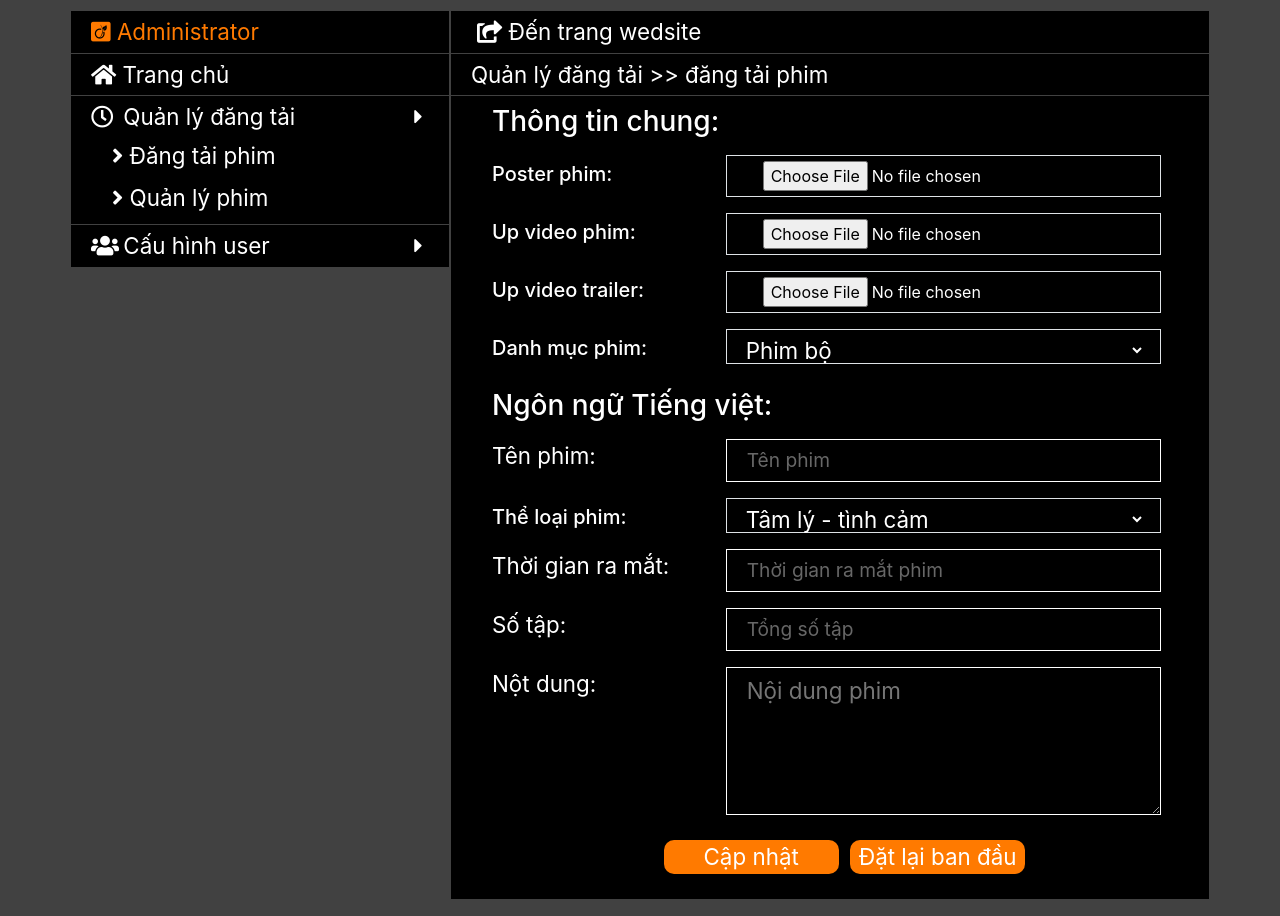
Repository: SonNguyen892002/Lau-Dai-Code
Page: http://localhost/wed-jdbc-1-2023/views/admin/dangtaiphim.jsp
An editor plug-in stored every save of this project. The page is shown before and after the next save, followed by the edit.
The browser window is 1280 px wide. The pictures show the whole page.
The page is served by Tomcat 9. Nobody is signed in. The application's start-up code is not run.

Above is the page before, as saved 2022-01-15 11:08:38.

After the next save:
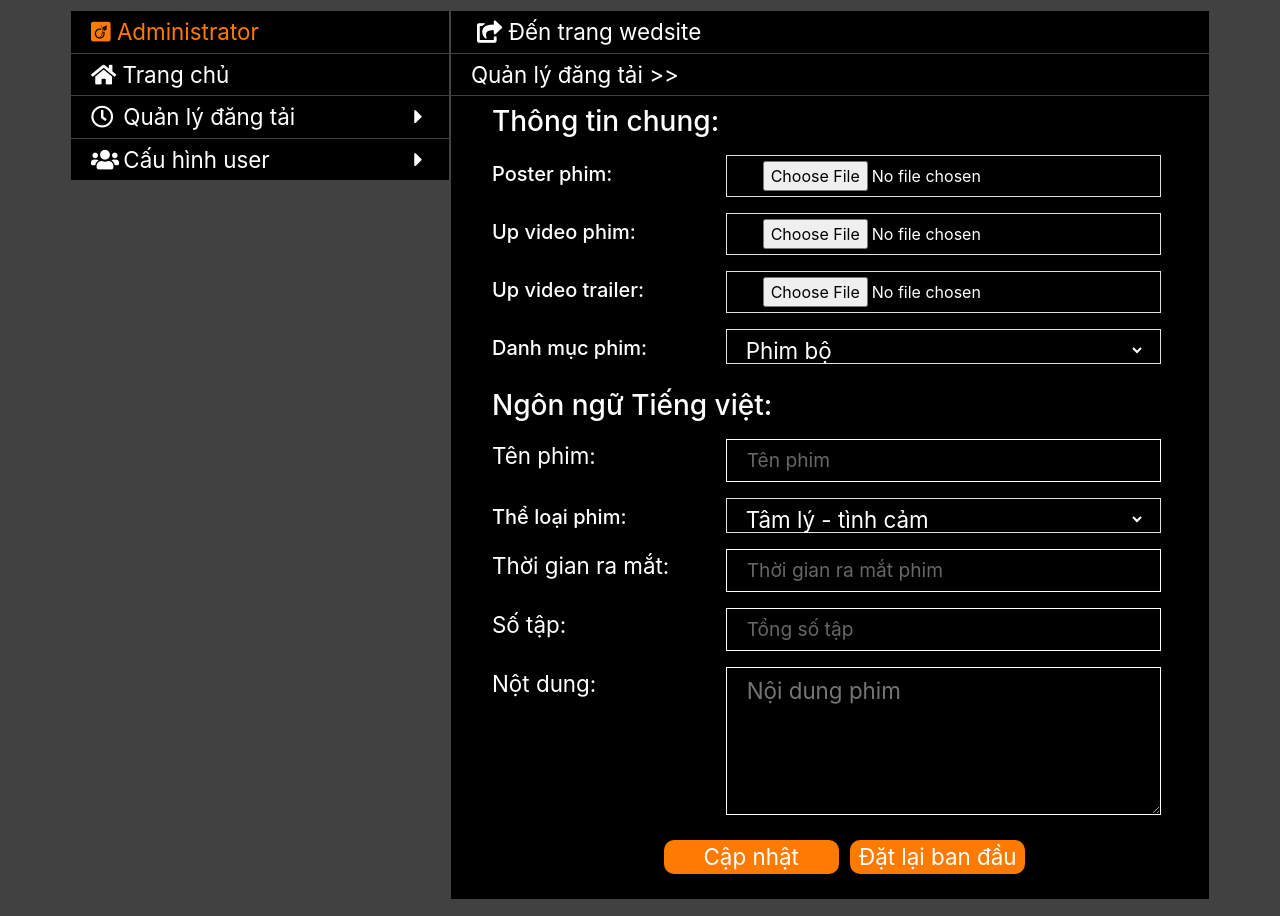
Console error: TypeError: Cannot read properties of null (reading 'classList')
Saved 23 s later.
--- a/workspace/wed-jdbc-1-2023/src/main/webapp/views/admin/dangtaiphim.jsp
+++ b/workspace/wed-jdbc-1-2023/src/main/webapp/views/admin/dangtaiphim.jsp
@@ -131,10 +131,9 @@
 
 <script>
 	const btnA = document.querySelector('.t');
-	const btnB = document.querySelector('#menu1 .k');
+	document.querySelector('#menu .k').classList.add('active');
 	document.querySelector('#menu').classList.remove('off');
 
-	btnB.classList.add('active');
 	btnA.innerHTML = "Quản lý đăng tải >> đăng tải phim";
 </script>
 

After the save that followed:
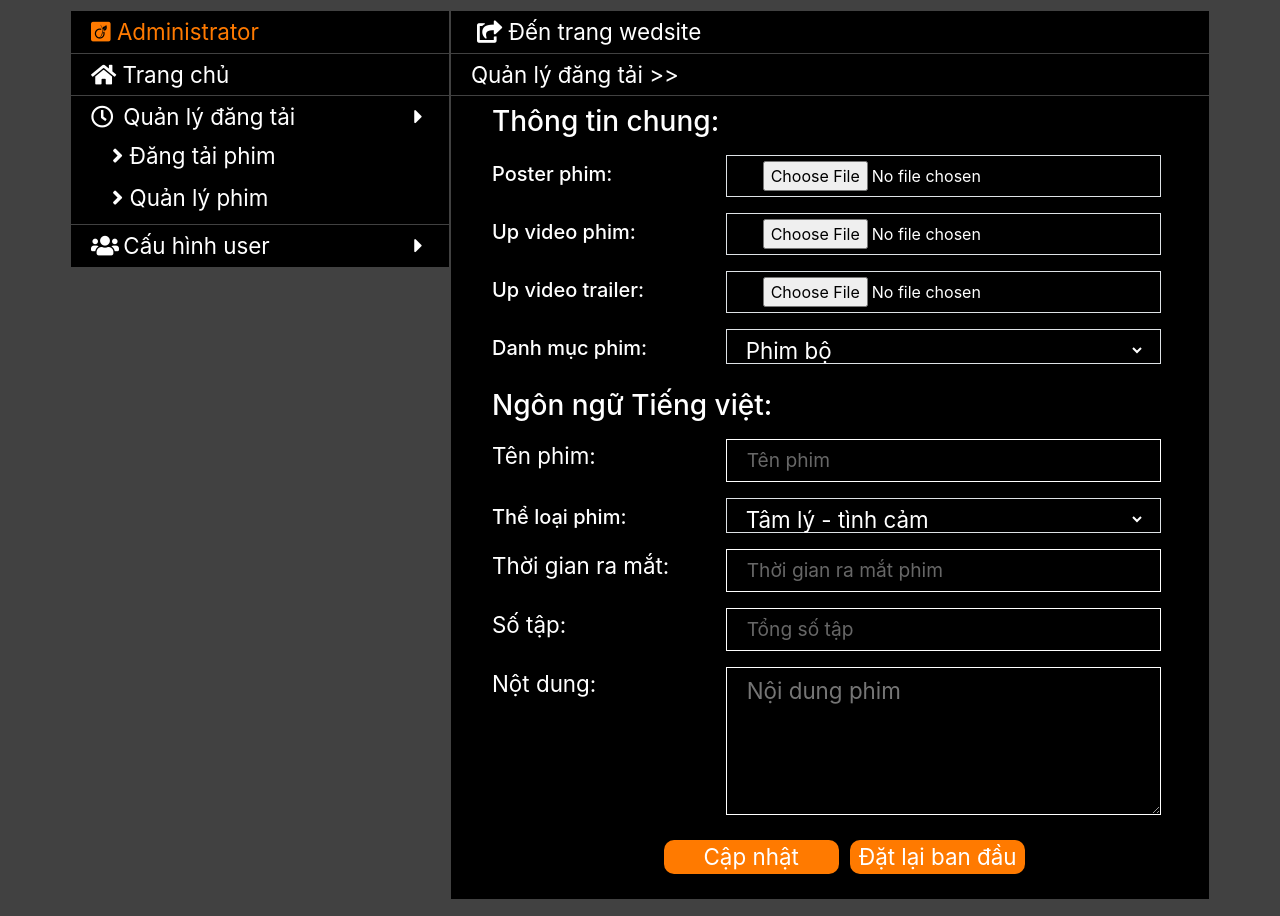
Saved 115 s later.
--- a/workspace/wed-jdbc-1-2023/src/main/webapp/views/admin/dangtaiphim.jsp
+++ b/workspace/wed-jdbc-1-2023/src/main/webapp/views/admin/dangtaiphim.jsp
@@ -131,8 +131,8 @@
 
 <script>
 	const btnA = document.querySelector('.t');
+	document.querySelector('#menu').classList.remove('off');
 	document.querySelector('#menu .k').classList.add('active');
-	document.querySelector('#menu').classList.remove('off');
 
 	btnA.innerHTML = "Quản lý đăng tải >> đăng tải phim";
 </script>
